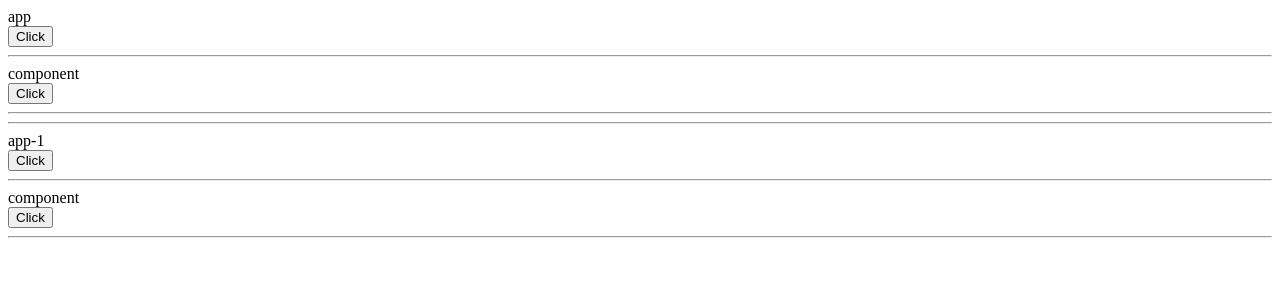
Repository: RyuGeunHwan/code_J
Page: Vuejs/22-08-10 vuejs Vue컴포넌트.html
The author's editor kept a copy of each file at every save. The page is drawn from the files as they stood at one save, then again after the next save.
The browser window is 1280 px wide. The pictures show the whole page.

Above is the page before, as saved 2022-08-10 13:39:58.

After the next save:
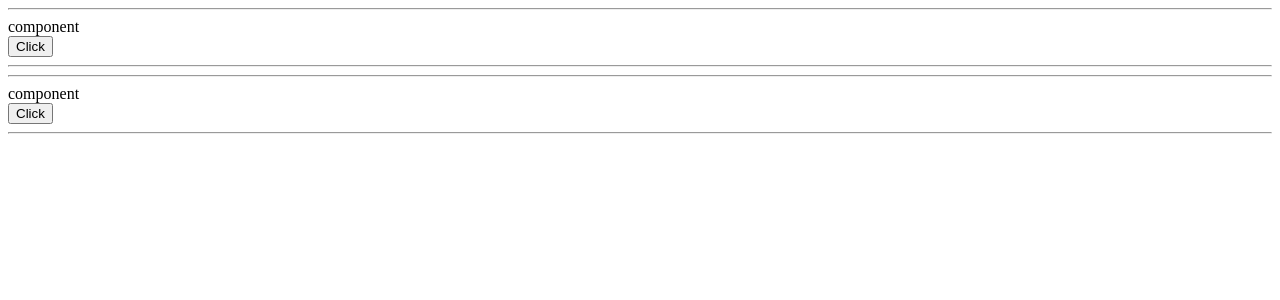
Saved 2 min 14 s later.
--- a/Vuejs/22-08-10 vuejs Vue컴포넌트.html
+++ b/Vuejs/22-08-10 vuejs Vue컴포넌트.html
@@ -9,18 +9,18 @@
 </head>
 <body>
     <div id="app">
-        {{name}} <br>
-        <!-- button을 누르게 되면 #app-1의 name인 app-1이 app updated로 바뀌게된다. Vue인스턴스를 변수에 넣어서 사용하였기 때문에. -->
-        <button @click="changeText">Click</button>
+        <!-- {{name}} <br>
+         button을 누르게 되면 #app-1의 name인 app-1이 app updated로 바뀌게된다. Vue인스턴스를 변수에 넣어서 사용하였기 때문에.
+        <button @click="changeText">Click</button> -->
 
         <hr>
         <!-- component의 사용은 설정해주었던 이름을 태그로 사용해주면 된다. -->
         <kossie-button></kossie-button>
     </div>
-    <hr><hr>
+    <hr>
     <div id="app-1">
-        {{name}} <br>
-        <button @click="changeText">Click</button>
+        <!-- {{name}} <br>
+        <button @click="changeText">Click</button> -->
 
         <hr>
 
@@ -56,26 +56,26 @@
         });
         const app = new Vue({
             el: '#app',
-            data:{
-              name: 'app'
-            },
-            methods:{
-                changeText(){
-                    this.name = 'app updated'
-               }
-            }
+            // data:{
+            //   name: 'app'
+            // },
+            // methods:{
+            //     changeText(){
+            //         this.name = 'app updated'
+            //    }
+            // }
         })
 
        const app1 = new Vue({
             el: '#app-1',
-            data:{
-              name: 'app-1'
-            },
-            methods:{
-               changeText(){
-                    this.name = 'app-1 updated'
-               }
-            }
+            // data:{
+            //   name: 'app-1'
+            // },
+            // methods:{
+            //    changeText(){
+            //         this.name = 'app-1 updated'
+            //    }
+            // }
         })
     </script>
 </body>
